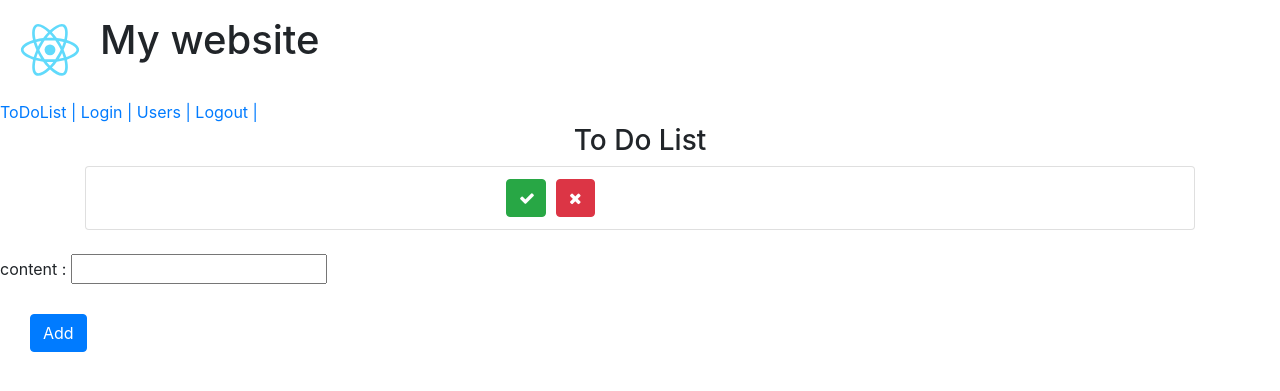
Repository: Marwa-Medhat/ReactJS-Labs
Page: /todolist (app in myapp/)
These files come from the project's save history. The page is drawn as it stood at one moment and after a run of saves; the edit follows.
The browser window is 1280 px wide. The pictures show the whole page.
The project was rebuilt for these pictures with package versions that can differ from the ones it lists, and the page was loaded fresh each time.

Above is the page before, as saved 2021-04-29 00:17:08.

After the next 2 saves:
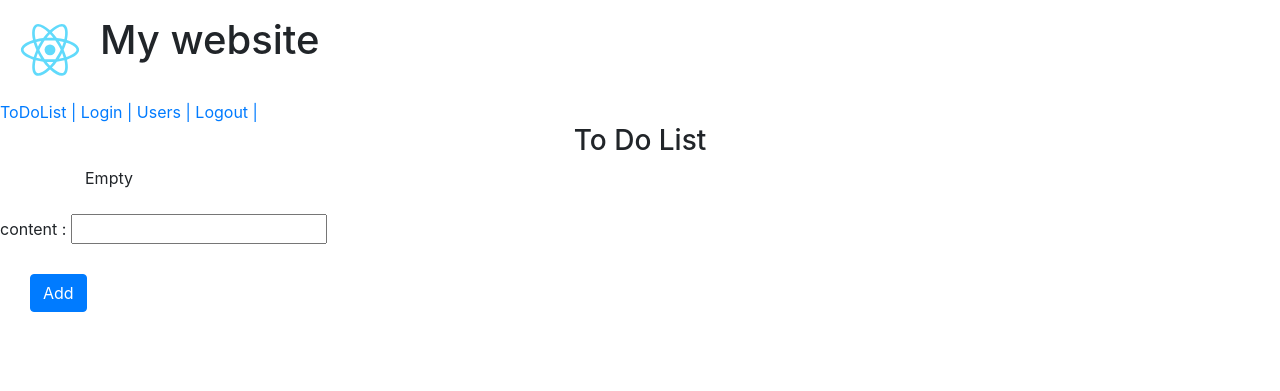
The 2 saves are shown as one change because 1 did not build or start.
The last was saved 78 s later.
--- a/myapp/src/todo.js
+++ b/myapp/src/todo.js
@@ -133,7 +133,6 @@
 // }
 // export default Todo;
 
-
 import React from 'react';
 import 'bootstrap/dist/css/bootstrap.min.css'
 import { ListGroup } from 'react-bootstrap';
@@ -145,13 +144,8 @@ class Todo extends React.Component{
     constructor(){
         super();
         this.state={
-            contents:[
-                {
-                content:null,
-                mark:false,
-                }
-            ],
-
+            contents:[],
+            mark:false,
         }
     }
     componentDidMount(){
@@ -174,7 +168,7 @@ class Todo extends React.Component{
         this.setState({contents:this.state.contents});
         this.saveToLocalStorage();
     }
-    markContent=(content,index)=>{
+    markContent=(content)=>{
         // // this.state.mark=1;
         this.setState({mark: !this.state.mark})
         // this.setState({contents:this.state.contents});
@@ -233,8 +227,8 @@ class DisplayTasks extends React.Component{
 
     render(){
         return <div class="list-group ">
-            {this.props.contents.length > 0 ?this.props.contents.map((item,index)=>{
-                return <DisplayTask index={item.id}  mark={this.props.mark} markContent={this.props.markContent} deleteContent={this.props.deleteContent} />
+            {this.props.contents.length > 0 ?this.props.contents.map((item)=>{
+                return <DisplayTask content={item} key={item.content} mark={this.props.mark} markContent={this.props.markContent} deleteContent={this.props.deleteContent} />
             }):"Empty"}
         </div>
     }
@@ -260,7 +254,7 @@ class DisplayTask extends React.Component{
     render(){
         let btn_class = this.props.mark ? "blackButton" : "whiteButton";
         return <div  className={" list-group-item list-group-item-action "+btn_class} >
-      <a style={{width:600 ,fontWeight:'bolder',marginRight:50,}}>{this.props.content}
+      <a style={{width:600 ,fontWeight:'bolder',marginRight:50,}}>{this.props.content.content}
       <button  onClick={this.props.markContent} className="btn btn-success " style={{ marginLeft: 400,marginRight: 10 ,paddingRight:10}}><i className="fa fa-check "></i></button>
       <button onClick={this.props.deleteContent}  className="btn btn-danger" ><i className="fa fa-times btn-danger" ></i></button></a>
 
